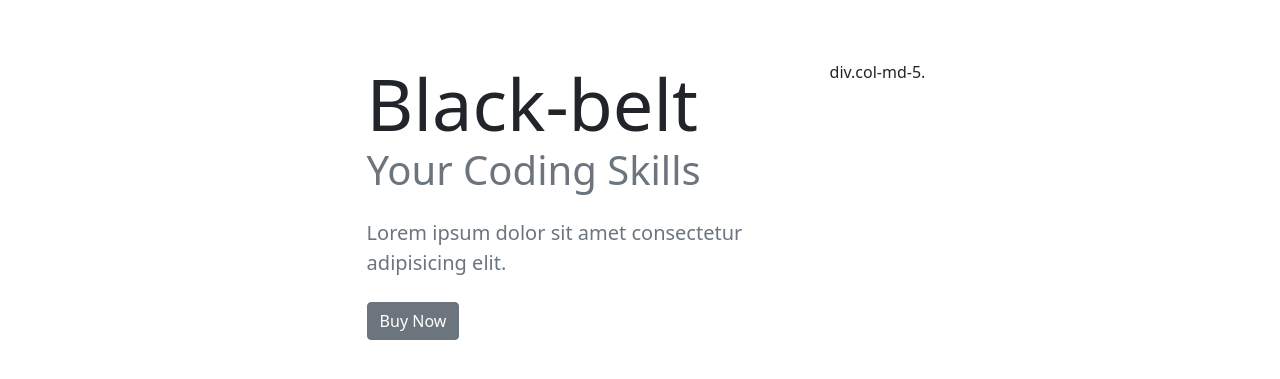
Repository: rihebtlh/catty-storefront
Page: index.html
The author's editor kept a copy of each file at every save. The page is drawn from the files as they stood at one save, then again after a run of saves.
The browser window is 1280 px wide. The pictures show the whole page.

Above is the page before, as saved 2025-06-17 16:42:20.

### index.html
<!DOCTYPE html>
<html lang="en">
<head>
    <meta charset="UTF-8">
    <meta name="viewport" content="width=device-width, initial-scale=1.0">
    <link href="https://cdn.jsdelivr.net/npm/bootstrap@5.0.2/dist/css/bootstrap.min.css" rel="stylesheet" integrity="sha384-EVSTQN3/azprG1Anm3QDgpJLIm9Nao0Yz1ztcQTwFspd3yD65VohhpuuCOmLASjC" crossorigin="anonymous">
    <title>catty</title>
    <style>
        section{
            padding: 60px 0;
        }
    </style>
</head>
<body>
    <!--Navbar-->
    <!--Main image &intro text-->
    <section id="intro">
        <div class="container-lg">
            <div class="row justify-content-center">
                <div class="col-md-5 text-center text-md-start">
                    <h1>
                        <div class="display-2">Black-belt</div>
                        <div class="diplay-5 text-muted">Your Coding Skills</div>
                    </h1>
                    <p class="lead my-4 text-muted">Lorem ipsum dolor sit amet consectetur adipisicing elit.</p>
                    <a href="#pricing" class = "btn btn-secondary btn-large">Buy Now</a>
                </div>
                div.col-md-5.
            </div>
        </div>
    </section>
    <!--pricing plans-->
    <!--topics at a glance-->
    <script src="https://cdn.jsdelivr.net/npm/bootstrap@5.0.2/dist/js/bootstrap.bundle.min.js" integrity="sha384-MrcW6ZMFYlzcLA8Nl+NtUVF0sA7MsXsP1UyJoMp4YLEuNSfAP+JcXn/tWtIaxVXM" crossorigin="anonymous"></script>
</body>
</html>

After the next 5 saves:
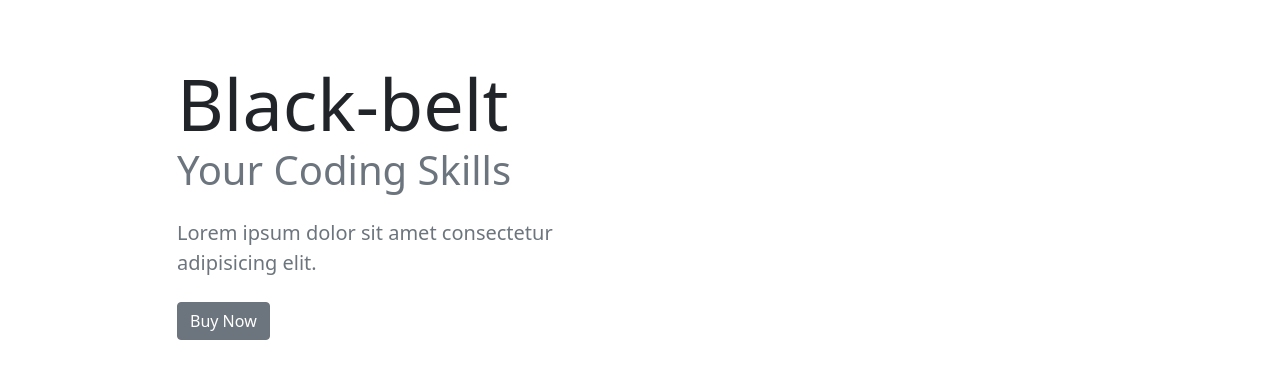
The 5 saves are shown as one change because they came seconds apart.
The last was saved 15 s later.
--- a/index.html
+++ b/index.html
@@ -25,7 +25,9 @@
                     <p class="lead my-4 text-muted">Lorem ipsum dolor sit amet consectetur adipisicing elit.</p>
                     <a href="#pricing" class = "btn btn-secondary btn-large">Buy Now</a>
                 </div>
-                div.col-md-5.
+                <div class="col-md-5 text-center">
+                    <img src="" alt="">
+                </div>
             </div>
         </div>
     </section>
